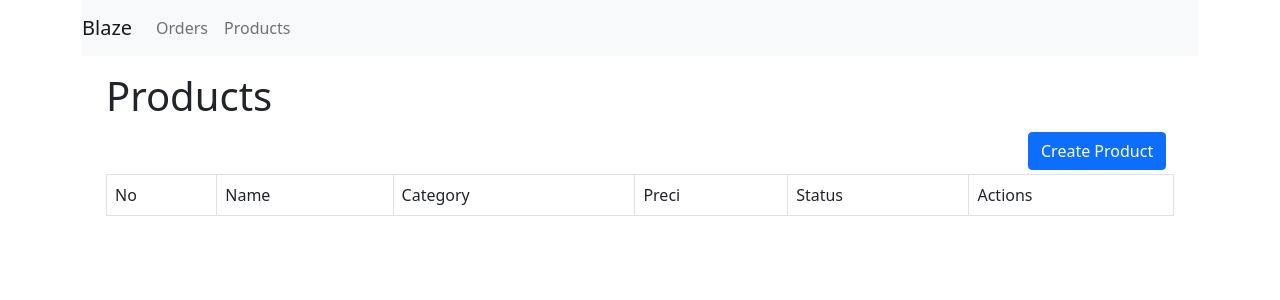
Repository: Isamae/Fractal
Page: /products (app in frond/)
An editor plug-in stored every save of this project. The page is shown before and after the next save, followed by the edit.
The browser window is 1280 px wide. The pictures show the whole page.
The page's requests for data from a server got no answer. The project was rebuilt for these pictures with package versions that can differ from the ones it lists, and the page was loaded fresh each time. No one was signed in, and anything a server would have sent is missing. Also part of the build but not shown: frond/src/App.css, frond/src/components/AddProductComponent.js, frond/src/components/OrderComponent.js.

Above is the page before, as saved 2021-09-16 16:56:31.

After the next save:
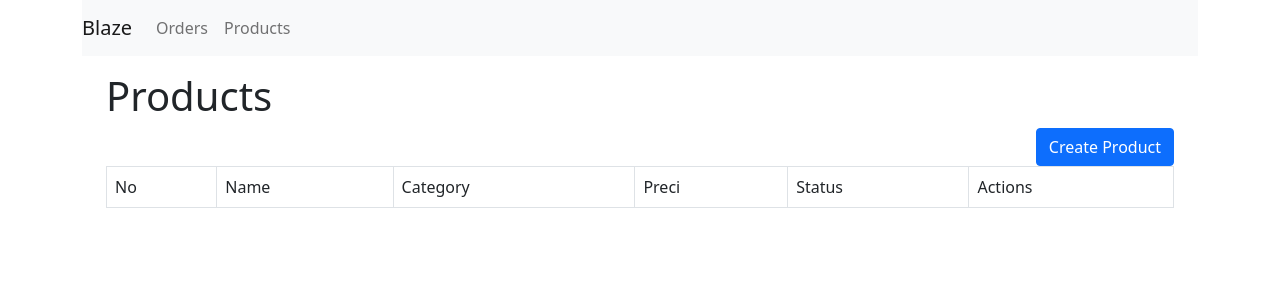
Saved 12 s later.
--- a/frond/src/components/ProductComponent.js
+++ b/frond/src/components/ProductComponent.js
@@ -33,7 +33,6 @@ class ProductComponent extends React.Component{
                 <div class="d-flex flex-row-reverse ">
                 <Link
                     to={"/products/product"}
-                    className="badge badge-warning"
                 >
                     <button type="button" class="btn btn-primary">Create Product</button>
                 </Link>
